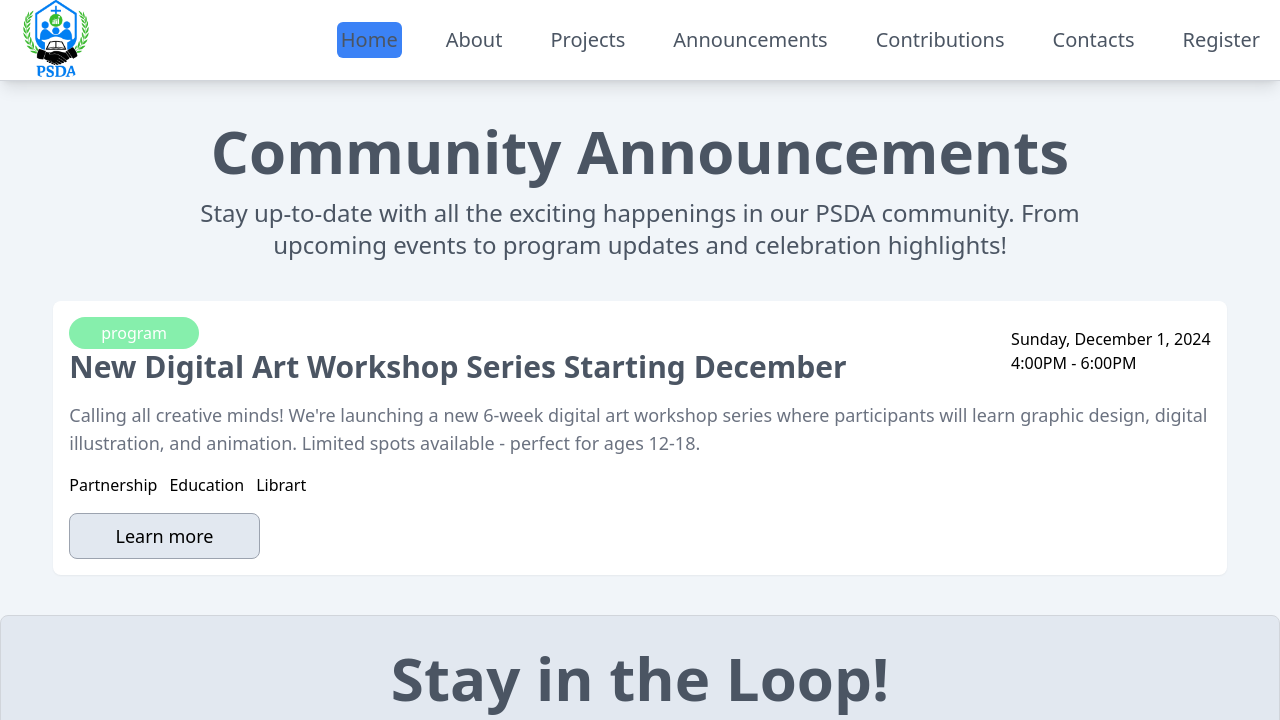
Repository: Zedestar/psda
Page: /announcements
The author's editor kept a copy of each file at every save. The page is drawn from the files as they stood at one save, then again after the next save.
The browser window is 1280 px wide. The pictures show the whole page.
An inner scrolling area shows only its first screen. The project was rebuilt for these pictures with package versions that can differ from the ones it lists, and the page was loaded fresh each time. Also part of the build but not shown: src/components/cards/primary-card.jsx, src/components/cards/two-lines-card.jsx, src/components/homepic/index.jsx, src/pages/home/what-we-do.js, src/pages/home/home.jsx, src/components/cards/leaders-card.jsx, src/components/cards/secondary-card.jsx, src/pages/about/about-us-data.js and 13 more.

Above is the page before, as saved 2025-07-21 19:19:17.

After the next save:
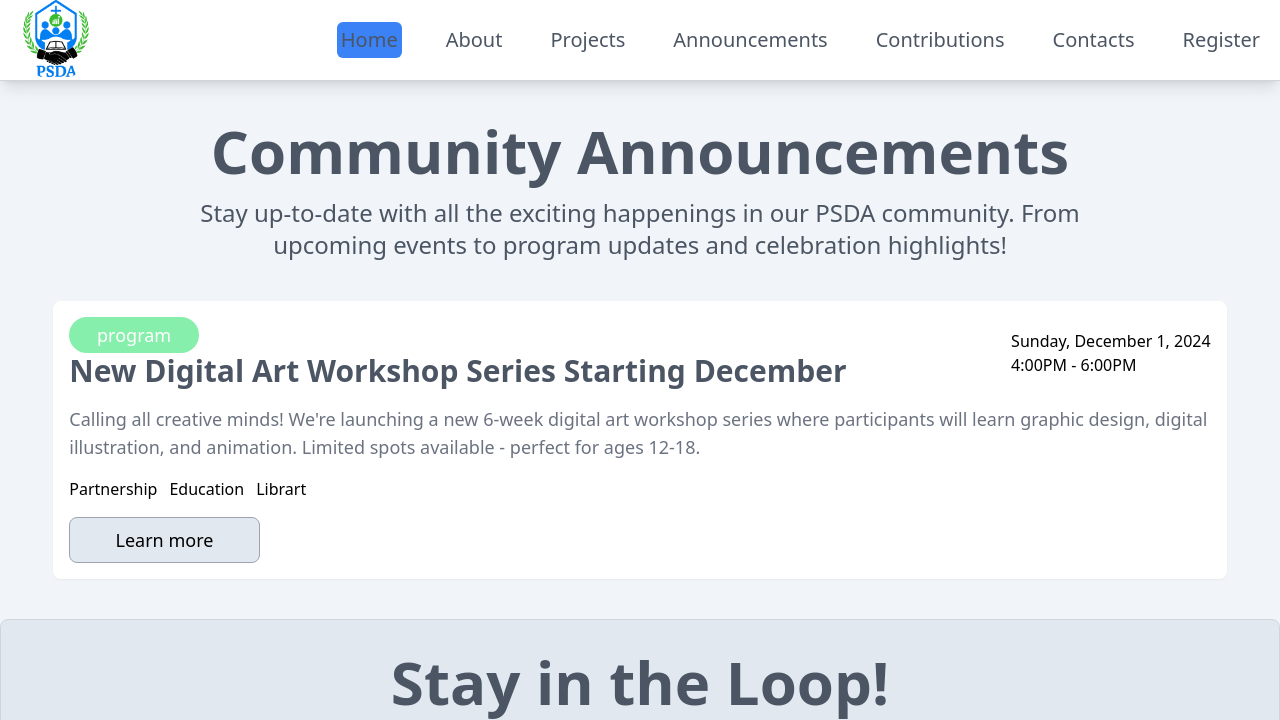
Saved 12 s later.
--- a/src/components/cards/announcement-card.jsx
+++ b/src/components/cards/announcement-card.jsx
@@ -3,7 +3,7 @@ function AnnouncementCard() {
     <div className="flex flex-col bg-white mx-4 p-4 rounded-lg shadow-sm hover:shadow-lg hover:scale-105 transition w-11/12 space-y-4">
       <div className="flex items-center justify-between space-x-2  ">
         <div>
-          <p className="bg-green-300 p-1 w-2/12 flex items-center justify-center rounded-full text-white">
+          <p className="bg-green-300 text-lg p-1 w-2/12 flex items-center justify-center rounded-full text-white">
             program
           </p>
           <p className="text-3xl font-bold text-gray-600">
